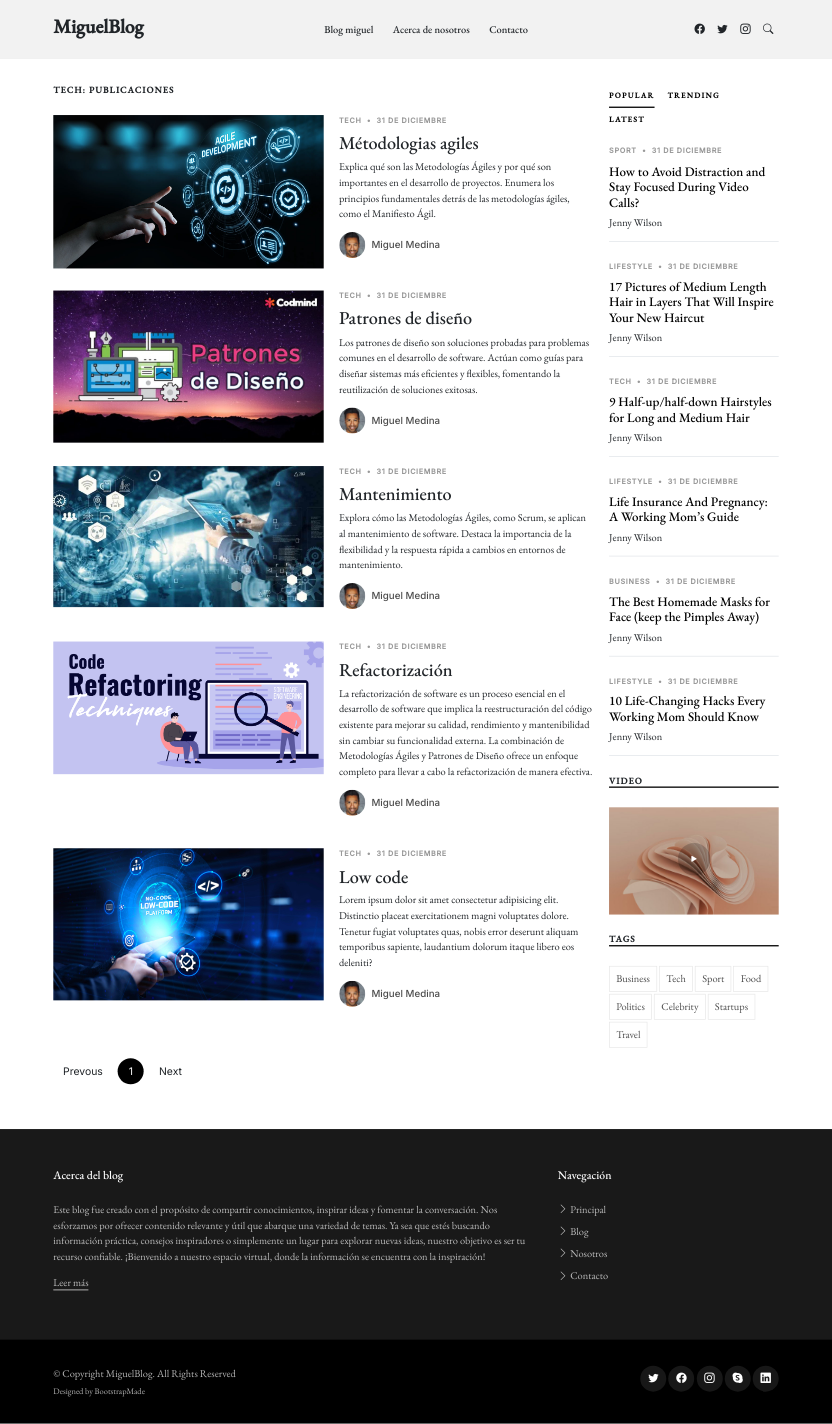
Repository: MiguelDev5/blog-miguel
Page: index.html
These files come from the project's save history. The page is drawn as it stood at one moment and after the next save; the edit follows.
The browser window is 1280 px wide. The pictures show the whole page, at 65% of full size.
Some web fonts or font styles are not loaded; a fallback is used.

Above is the page before, as saved 2024-01-01 21:02:36.

After the next save:
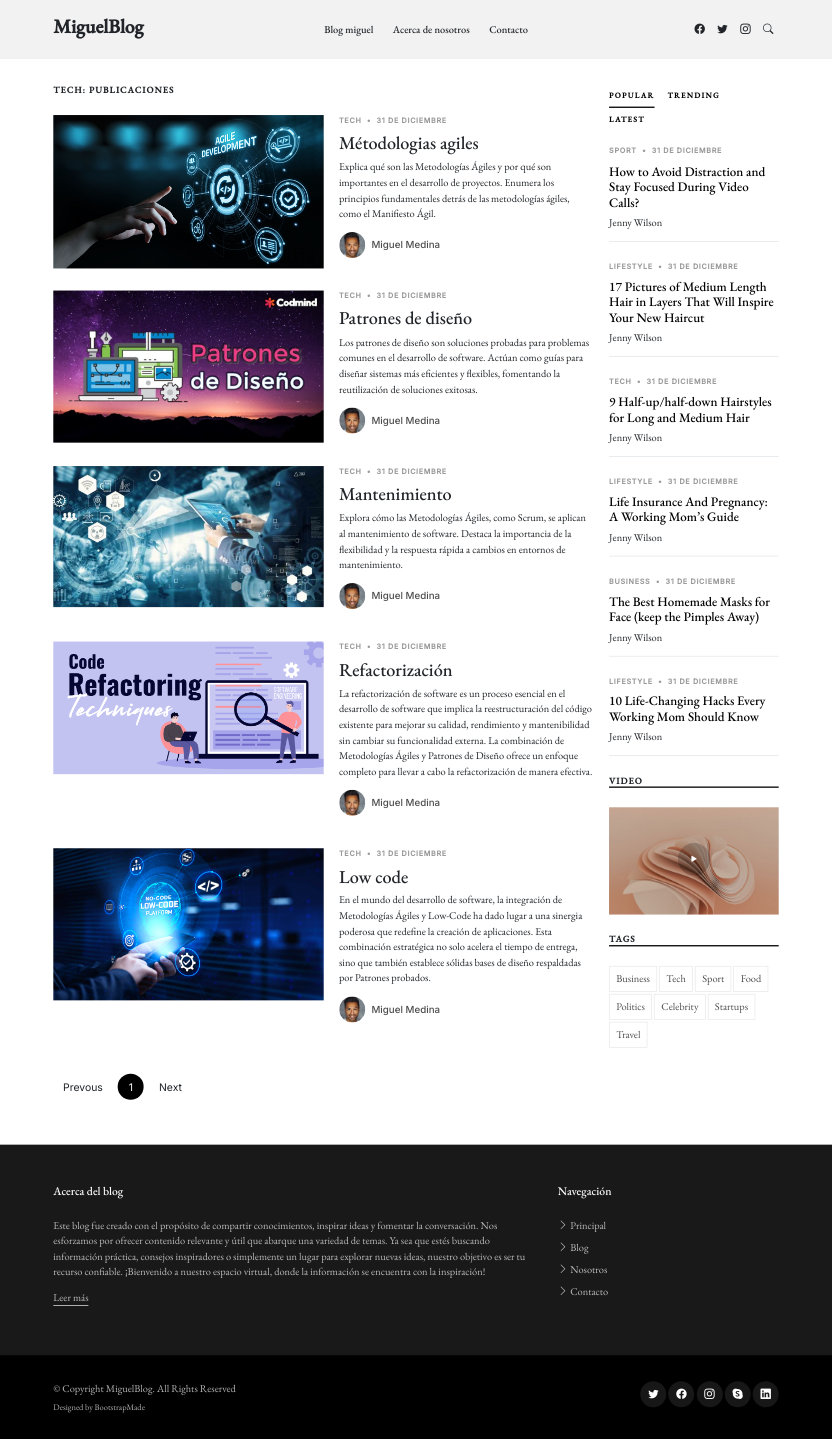
Saved 13 s later.
--- a/index.html
+++ b/index.html
@@ -165,7 +165,7 @@
               <div>
                 <div class="post-meta"><span class="date">Tech</span> <span class="mx-1">&bullet;</span> <span>31 de Diciembre</span></div>
                 <h3><a href="post-lc.html">Low code</a></h3>
-                <p>Lorem ipsum dolor sit amet consectetur adipisicing elit. Distinctio placeat exercitationem magni voluptates dolore. Tenetur fugiat voluptates quas, nobis error deserunt aliquam temporibus sapiente, laudantium dolorum itaque libero eos deleniti?</p>
+                <p>En el mundo del desarrollo de software, la integración de Metodologías Ágiles y Low-Code ha dado lugar a una sinergia poderosa que redefine la creación de aplicaciones. Esta combinación estratégica no solo acelera el tiempo de entrega, sino que también establece sólidas bases de diseño respaldadas por Patrones probados.</p>
                 <div class="d-flex align-items-center author">
                   <div class="photo"><img src="assets/img/person-2.jpg" alt="" class="img-fluid"></div>
                   <div class="name">
